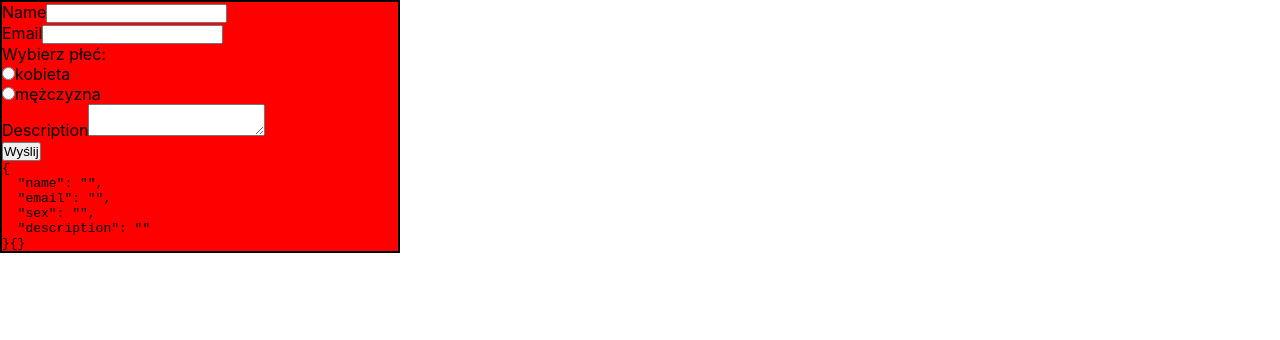
Repository: KrzysKolo/sr_tydzien4_zad3
Page: /
These files come from the project's save history. The page is drawn as it stood at one moment and after the next save; the edit follows.
The browser window is 1280 px wide. The pictures show the whole page.
The project was rebuilt for these pictures with package versions that can differ from the ones it lists, and the page was loaded fresh each time. Also part of the build but not shown: src/components/FormComponents/TextError.js.

Above is the page before, as saved 2020-11-19 13:32:43.

### src/App.js
import React from 'react';
import './App.css';
import FormikContainer from './components/Formik/FormikContainer';
const App = () => {
  return (
    <main className="App">
      <FormikContainer />
    </main>
   );
}

export default App;

### src/App.css
* {
  margin: 0;
  padding: 0;
  box-sizing: border-box;
}
.form-wrapper {
  width: 400px;
  background-color: red;
  border: 2px solid black;
}

### src/components/Formik/FormikContainer.js
import React from 'react';
import { Formik, Form } from 'formik';
import * as yup from 'yup';
import FormikControl from './FormikControl';
import RadioOptions from './../../data/RadioOptions';

const FormikContainer = () => {
    const initialValues = {
        name: '',
        email: '',
        sex: '',
        description: '',
    }

    const validationSchema = yup.object({
        name: yup.string().required("Imię jest obowiązkowe!").min(2,"Twóje imię musi mieć więcej niż 2 znaki!").max(30,'Twoje imię może mieć maxymalnie 30 znaków!'),
        email: yup.string().required("Email jest wymagany").email("Adres zawiera błędy"),
        sex: yup.string().required('Zaznacz jedną wartość'),
        description: yup.string().required('Wpisz kilka słów').min(2, "Wpisz co najmniej 2 znaki").max(250, "Możesz wpisać max. 250 znaków"),
    });

    const onSubmit = values => {console.log('Form data: ', values)};
    return (
        <Formik
            initialValues={initialValues}
            validationSchema={validationSchema}
            onSubmit={onSubmit}
        >
            { ({formik, values, errors}) => (
                <Form className="form-wrapper">
                    <section className="section">
                        <FormikControl control='input' type='text' label='Name' name='name'/>
                        <FormikControl control='input' type='email' label='Email' name='email'/>
                    </section>
                    <section className="section">
                        <FormikControl control='radio' label='Wybierz płeć: ' name='sex' options={RadioOptions}/>
                    </section>
                    <section className="section">
                        <FormikControl control='textarea' label='Description' name='description'/>
                    </section>
                    <button type="submit">Wyślij</button>
                    <pre>
                        {JSON.stringify(values, null, 2)}
                        {JSON.stringify(errors, null, 2)}

                    </pre>

                </Form>
            )

            }

        </Formik>
    )
}
export default FormikContainer;

### src/components/Formik/FormikControl.js
import Input from './../FormComponents/Input';
import Radio from './../FormComponents/Radio';
import TextArea from './../FormComponents/TextArea';

const FormikControl = (props) => {
    const { control, ...rest } = props;
    switch(control) {
        case 'input': return <Input {...rest} />
        case 'radio': return <Radio {...rest} />
        case 'textarea': return <TextArea {...rest} />
        default: return null
    }
}

export default FormikControl;

### src/data/RadioOptions.js
const RadioOptions=[
    { id: 0, value: "kobieta", label: 'kobieta' },
    { id: 1, value: "mężczyzna", label: 'mężczyzna' },
   ];
export default RadioOptions;

### src/components/FormComponents/Input.js
import React from 'react';
import{ Field, ErrorMessage } from 'formik';
import TextError from './TextError';

const Input = (props) => {
    const { label, name, ...rest } = props;
    return (
        <div className="form-control">
             <label htmlFor={name}>{label}</label>
            <Field id={name} name={name} {...rest} />
            <ErrorMessage name={name} component={TextError} />
        </div>
     );
}

export default Input;

### src/components/FormComponents/Radio.js
import React from 'react';
import{ Field, ErrorMessage } from 'formik';
import TextError from './TextError';

const Radio = (props) => {
    const { label, name, options, ...rest } = props;
    return (
        <div className="form-control">
            <label htmlFor={name}>{label}</label>
            <div className="radio-row">
                <Field name={name} {...rest}>
                    {
                    ({ field }) => {
                        return options.map(option => {
                            return (
                                <div className="radio-row" key={option.id} >
                                    <input type='radio' id={option.id} {...field} value={option.value} checked={field.value === option.value}/>
                                    <label htmlFor={option.id}>{option.label}</label>
                                </div>
                            )
                        })
                    }
                    }
                </Field>
            </div>
            <ErrorMessage name={name} component={TextError} />
        </div>
     );
}

export default Radio;

### src/components/FormComponents/TextArea.js
import React from 'react';
import{ Field, ErrorMessage } from 'formik';
import TextError from './TextError';

const TextArea = (props) => {
    const { label, name, ...rest } = props;
    return (
        <div className="form-control">
            <label htmlFor={name}>{label}</label>
            <Field as ='textarea' id={name} name={name} {...rest} />
            <ErrorMessage name={name} component={TextError} />
        </div>
     );
}

export default TextArea;

Loaded but not shown: public/index.html (common file); src/index.js (common file); src/index.css (common file)

After the next save:
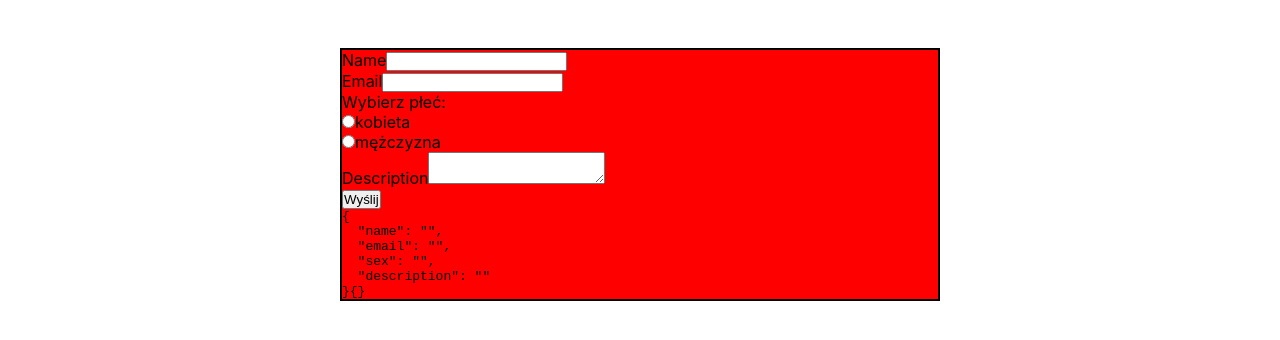
Saved 31 s later.
--- a/src/App.css
+++ b/src/App.css
@@ -4,7 +4,8 @@
   box-sizing: border-box;
 }
 .form-wrapper {
-  width: 400px;
+  margin: 3rem auto;
+  width: 600px;
   background-color: red;
   border: 2px solid black;
 }
